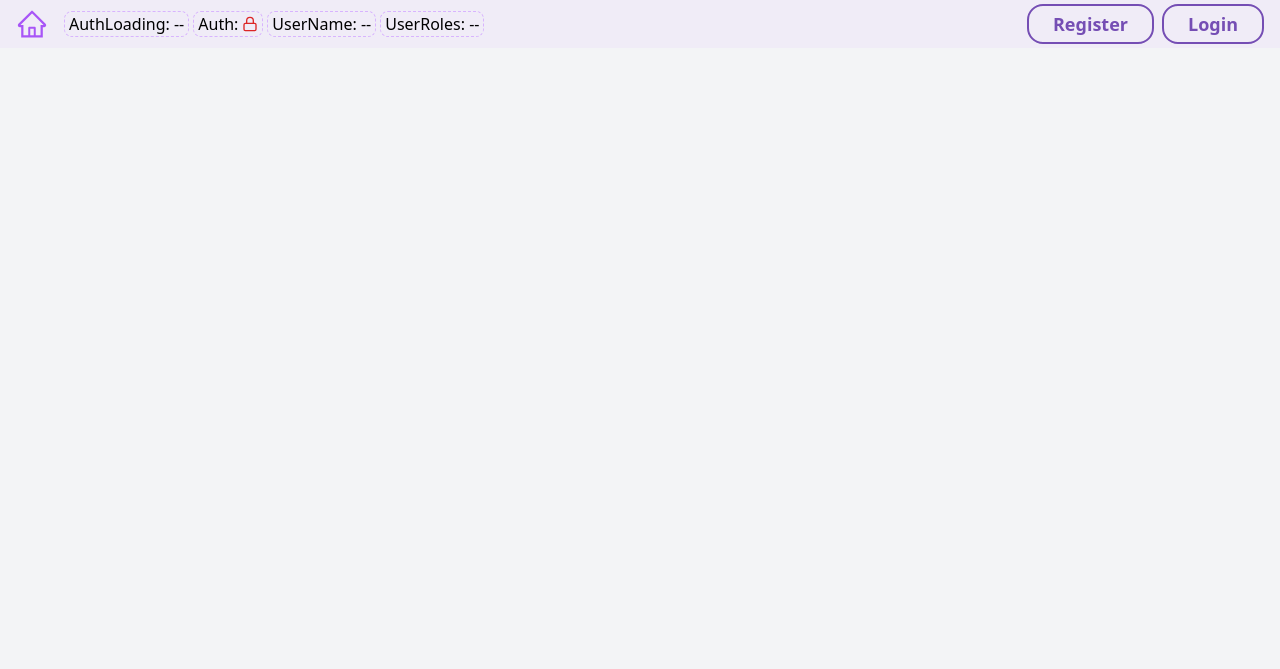
Repository: MohammadMazloum123/-Fullstack-Users-Management-Admin-Dashboard-Project
Page: / (app in front-end/)
These files come from the project's save history. The page is drawn as it stood at one moment and after the next save; the edit follows.
The browser window is 1280 px wide. The pictures show the whole page.
The project was rebuilt for these pictures with package versions that can differ from the ones it lists, and the page was loaded fresh each time. Also part of the build but not shown: front-end/vite.config.ts, front-end/src/components/general/AuthSpinner.tsx, front-end/src/auth/AuthGuard.tsx, front-end/src/components/layout/SideBar.tsx, front-end/src/pages/dashboard/AdminPage.tsx, front-end/src/pages/dashboard/AllMessagesPage.tsx, front-end/src/pages/dashboard/DashboardPage.tsx, front-end/src/pages/dashboard/InboxPage.tsx and 12 more.

Above is the page before, as saved 2024-07-01 17:57:30.

After the next save:
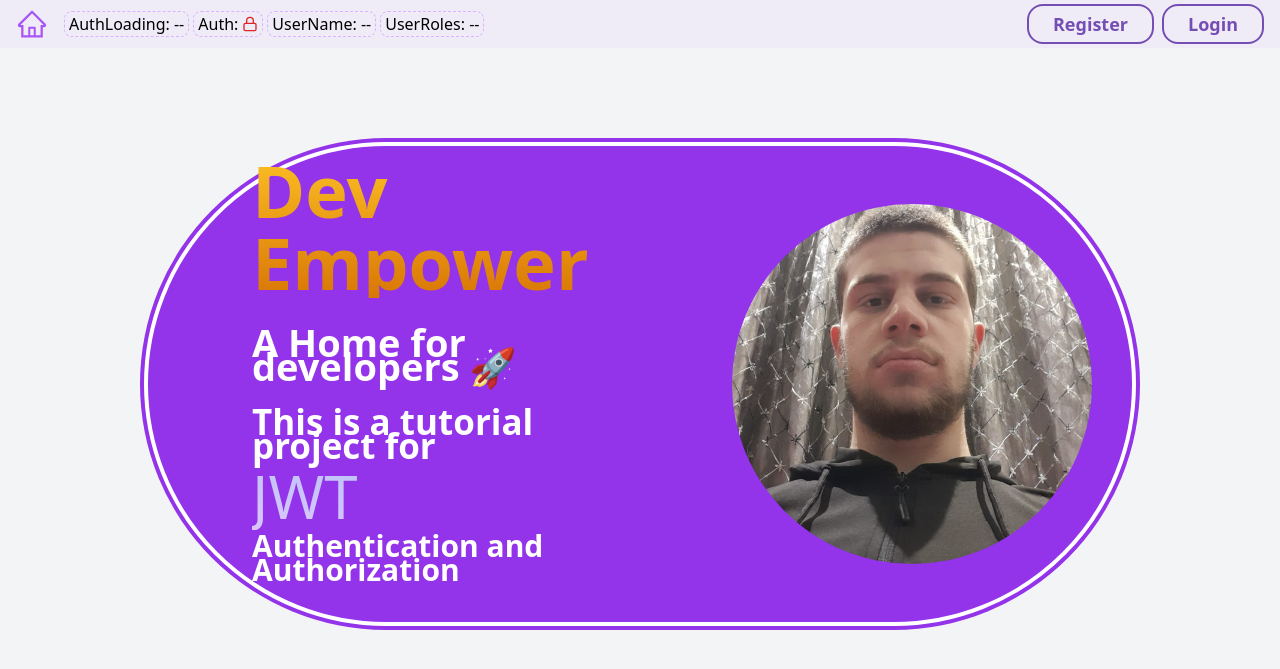
Saved 14 min 26 s later.
--- a/front-end/src/pages/public/HomePage.tsx
+++ b/front-end/src/pages/public/HomePage.tsx
@@ -1,9 +1,26 @@
 const HomePage = () => {
   return (
-    <div>
+    <div className='pageTemplate1'>
+      <div className='w-full flex justify-center items-center gap-4 bg-purple-600 border-4 border-white rounded-[300px] ring-4 ring-purple-600 p-10'>
+        <div className='flex-1 flex flex-col justify-center items-start gap-8 ml-16 -mt-8'>
+          <h1 className='text-7xl font-bold text-transparent bg-gradient-to-b from-amber-400 to-amber-600 bg-clip-text'>
+            Dev Empower
+          </h1>
+          <h1 className='text-[38px] leading-6 font-bold text-white'>A Home for developers 🚀</h1>
+          <div className='space-y-1 text-[35px] leading-6 font-bold text-white'>
+            <h1>This is a tutorial project for</h1>
+            <h1 className='text-6xl leading-[68px] font-normal text-transparent bg-gradient-to-tr from-[#DAC6FB] to-[#AAC1F6] bg-clip-text'>
+              JWT
+            </h1>
+            <h1 className='text-3xl leading-6'>Authentication and Authorization</h1>
+          </div>
+        </div>
+        <div className='flex-1 flex flex-col justify-center items-end'>
+          <img src='images/me.jpg' className='w-[360px] h-[360px] object-cover rounded-full' />
+        </div>
+      </div>
+    </div>
+  );
+};
 
-    </div>
-  )
-}
-
-export default HomePage
+export default HomePage;
